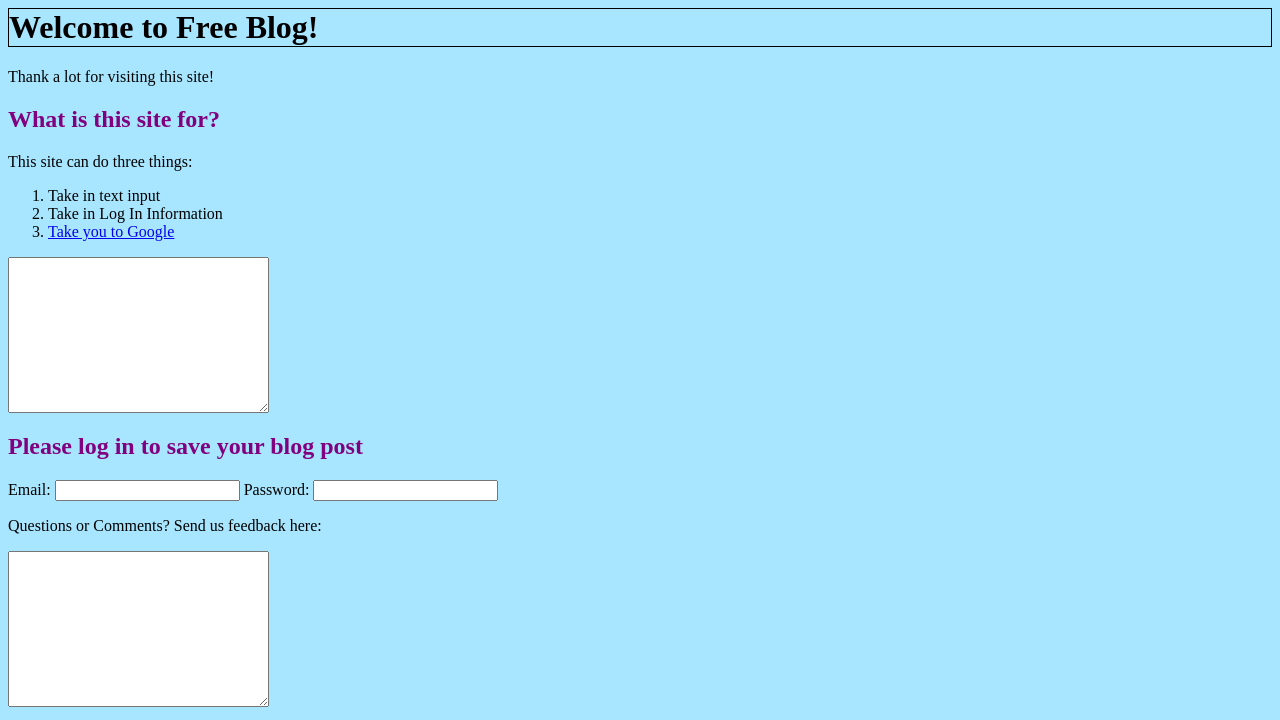
Repository: MonwarAdeeb/Bista_Solutions
Page: HTML & CSS/CSS/Level One/05. Assessment.html
These files come from the project's save history. The page is drawn as it stood at one moment and after the next save; the edit follows.
The browser window is 1280 px wide. The pictures show the whole page.

Above is the page before, as saved 2021-05-19 20:31:30.

After the next save:
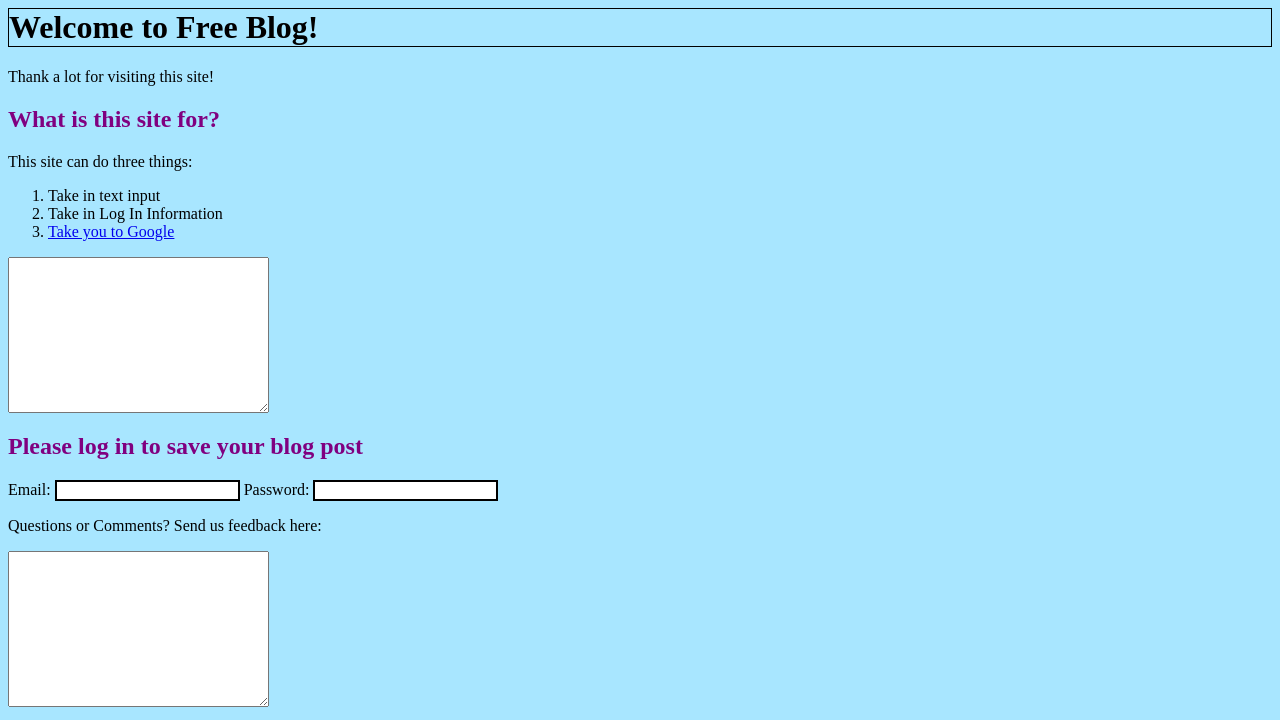
Saved 5 s later.
--- a/HTML & CSS/CSS/Level One/05. Assessment.css
+++ b/HTML & CSS/CSS/Level One/05. Assessment.css
@@ -11,5 +11,5 @@ h2{
 }
 
 input{
-    border: ;
+    border: 2px solid;
 }
